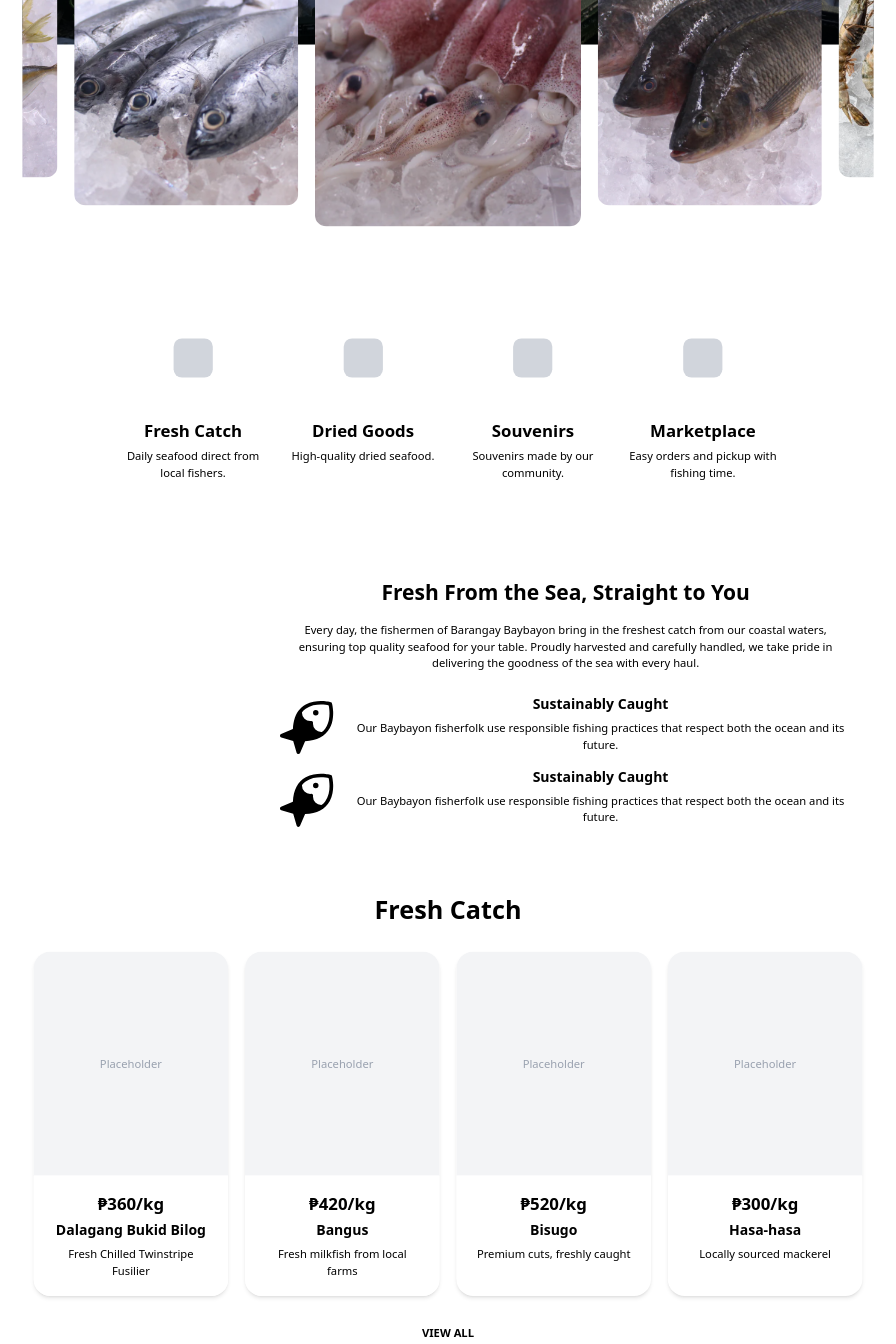
Repository: Coast2Card/coast2cart-frontend
Page: /
An editor plug-in stored every save of this project. The page is shown before and after the next save, followed by the edit.
The browser window is 1280 px wide. The pictures show the part of the page from y = 788 to 2708 px (the page is 2893 px tall), at 70% of full size.
The project was rebuilt for these pictures with package versions that can differ from the ones it lists, and the page was loaded fresh each time. Also part of the build but not shown: vite.config.js, src/pages/Seafood.jsx, src/pages/Souvenirs.jsx, src/pages/About.jsx, src/pages/Cart.jsx, src/pages/Profile.jsx, src/pages/Colors.jsx.

Above is the page before, as saved 2025-09-07 15:50:06.

### index.html
<!DOCTYPE html>
<html lang="en" data-theme="coast2cart">
  <head>
    <meta charset="UTF-8" />
    <!-- <link rel="icon" type="image/svg+xml" href="/vite.svg" /> -->
    <meta name="viewport" content="width=device-width, initial-scale=1.0" />
    <title>Coast2Cart</title>
  </head>
  <body>
    <div id="root"></div>
    <script type="module" src="/src/main.jsx"></script>
  </body>
</html>

### src/App.jsx
import { Routes, Route } from "react-router-dom";
import Layout from "./components/Layout";
import Home from "./pages/Home";
import Seafood from "./pages/Seafood";
import Souvenirs from "./pages/Souvenirs";
import About from "./pages/About";
import Cart from "./pages/Cart";
import Profile from "./pages/Profile";
import Colors from "./pages/Colors";
import "./App.css";

function App() {
  return (
    <Routes>
      {/* Routes with shared layout */}
      <Route path="/" element={<Layout />}>
        <Route index element={<Home />} />
        <Route path="seafood" element={<Seafood />} />
        <Route path="souvenirs" element={<Souvenirs />} />
        <Route path="about" element={<About />} />
        <Route path="cart" element={<Cart />} />
        <Route path="profile" element={<Profile />} />
        <Route path="colors" element={<Colors />} />
      </Route>
    </Routes>
  );
}

export default App;

### src/components/Layout.jsx
import { Outlet } from "react-router-dom";
import Navbar from "./Navbar";

const Layout = () => {
  return (
    <div className="min-h-screen bg-base-200">
      {/* Navigation Header */}
      <Navbar />

      {/* Main Content */}
      <main className=" mx-auto  ">
        <Outlet />
      </main>

      {/* Footer */}
      <footer className="bg-base-100 border-t border-base-300 mt-auto">
        <div className="max-w-7xl mx-auto py-4 px-4 sm:px-6 lg:px-8">
          <p className="text-center text-base-content/70 text-sm">
            © 2024 Coast2Cart. All rights reserved.
          </p>
        </div>
      </footer>
    </div>
  );
};

export default Layout;

### src/pages/Home.jsx
import homeBanner from "../assets/images/home_banner.jpg";
import baybayonLogo from "../assets/logos/c2c_white_transparent.png";
import fish1 from "../assets/images/home_fish1.png";
import fish2 from "../assets/images/home_fish2.png";
import fish3 from "../assets/images/home_fish3.png";
import fish4 from "../assets/images/home_fish4.png";
import fish5 from "../assets/images/home_fish5.png";
import HomeFeatures from "../components/home/HomeFeatures";
import HomeFreshCatch from "../components/home/HomeFreshCatch";
import HomeGallery from "../components/home/HomeGallery";
const Home = () => {
  return (
    <main className="relative overflow-x-hidden">
      {/* Home Banner */}
      <section className="w-full h-[70vh] md:h-185 relative">
        <img
          src={homeBanner}
          alt="Home Banner"
          className="w-full h-full object-cover relative z-4"
          onError={(e) => {
            console.log("Image failed to load:", homeBanner);
            e.target.style.display = "none";
          }}
          onLoad={() => console.log("Image loaded successfully:", homeBanner)}
        />

        <div className="absolute inset-0 bg-black opacity-60 z-10"></div>

        <div className="absolute inset-0 z-20 flex items-start py-20 justify-center">
          <div className="text-center text-white">
            <h1 className="text-xl sm:text-2xl lg:text-3xl font-extrabold font-display mb-[-30px] sm:mb-[-30px] md:mb-[-35px] lg:mb-[-47px]">
              Sea the best of Baybayon, from
            </h1>
            <img
              className="w-6/8 sm:w-5/8 md:4/8 lg:3/8 max-w-270 h-auto mx-auto "
              src={baybayonLogo}
            />
            <button className="mt-[-10px] bg-secondary text-primary uppercase px-6 py-2 rounded-full text-md sm:text-lg font-semibold hover:bg-secondary/90 transition-colors">
              Shop Now
            </button>
          </div>
        </div>
      </section>
      <section className=" relative overflow-hidden w-[140vw] flex items-center justify-center gap-6 mb-25   z-30 -mt-61 sm:-mt-60 left-1/2 -translate-x-1/2">
        <img
          src={fish1}
          alt="Fish 1"
          className="min-w-60 sm:w-65 h-90 object-cover rounded-2xl"
        />
        <img
          src={fish2}
          alt="Fish 2"
          className="min-w-65 h-85 sm:w-80 sm:h-110 object-cover rounded-2xl"
        />
        <img
          src={fish3}
          alt="Fish 3"
          className="min-w-75 h-115 sm:w-95 sm:h-125 object-cover rounded-2xl"
        />
        <img
          src={fish4}
          alt="Fish 4"
          className="min-w-65 h-90 sm:w-80 sm:h-110 object-cover rounded-2xl"
        />
        <img
          src={fish5}
          alt="Fish 5"
          className="min-w-60 sm:w-65 h-90 object-cover rounded-2xl"
        />
      </section>
      <section className="max-w-8xl mx-auto p-4 flex flex-col">
        <HomeFeatures className="mb-25" />
        <HomeGallery />
        <HomeFreshCatch />
      </section>
    </main>
  );
};

export default Home;

### src/components/Navbar.jsx
import { Link, useLocation } from "react-router-dom";
import { useState } from "react";
import { navLinks } from "../data/navigation";
import c2cLogo from "../assets/logos/c2c_transparent.png";
import searchIcon from "../assets/icons/search.png";
import cartIcon from "../assets/icons/cart.png";
import profileIcon from "../assets/icons/profile.png";
import commentIcon from "../assets/icons/comment.png";
const Navbar = () => {
  const location = useLocation();
  const [isMobileMenuOpen, setIsMobileMenuOpen] = useState(false);

  const isActive = (path) => {
    return location.pathname === path;
  };

  const toggleMobileMenu = () => {
    setIsMobileMenuOpen(!isMobileMenuOpen);
  };

  const closeMobileMenu = () => {
    setIsMobileMenuOpen(false);
  };

  return (
    <nav className="bg-base-300 shadow-lg py-2 sticky top-0 z-50">
      <div className="mx-auto px-6 sm:px-6 lg:px-8">
        <div className="flex justify-between h-16">
          <div className="flex items-center">
            <Link to="/" className="flex-shrink-0">
              <img src={c2cLogo} alt="Coast2Cart" className="h-17" />
            </Link>
          </div>

          {/* Desktop Navigation */}
          <div className="hidden md:flex items-center space-x-8">
            {navLinks.map((link) => (
              <Link
                key={link.path}
                to={link.path}
                className={`px-3 py-2 rounded-md text-md font-bold transition-colors ${
                  isActive(link.path)
                    ? " text-accent after:content-[''] after:block after:w-full after:h-0.5 after:bg-accent after:rounded-full"
                    : "text-black hover:text-primary hover:bg-base-200"
                }`}
              >
                {link.label}
              </Link>
            ))}
          </div>

          {/* Desktop Icons - Hidden on mobile */}
          <div className="hidden md:flex items-center gap-4 lg:gap-6">
            <img
              src={searchIcon}
              alt="Search"
              className="h-5 w-5 lg:h-5.5 lg:w-5.5 hover:cursor-pointer hover:opacity-60 transition-opacity duration-300"
            />
            <img
              src={commentIcon}
              alt="Comment"
              className="h-5 w-5 lg:h-5.5 lg:w-5.5 hover:cursor-pointer hover:opacity-60 transition-opacity duration-300"
            />
            <img
              src={cartIcon}
              alt="Cart"
              className="h-5 w-5 lg:h-5.5 lg:w-5.5 hover:cursor-pointer hover:opacity-60 transition-opacity duration-300"
            />
            <img
              src={profileIcon}
              alt="Profile"
              className="h-5 w-5 lg:h-5.5 lg:w-5.5 hover:cursor-pointer hover:opacity-60 transition-opacity duration-300"
            />
          </div>

          {/* Mobile menu button */}
          <div className="md:hidden flex items-center">
            <button
              onClick={toggleMobileMenu}
              className="inline-flex items-center justify-center p-2 rounded-md text-base-content hover:text-primary hover:bg-base-200 focus:outline-none focus:ring-2 focus:ring-inset focus:ring-primary"
              aria-expanded="false"
            >
              <span className="sr-only">Open main menu</span>
              {!isMobileMenuOpen ? (
                <svg
                  className="block h-6 w-6"
                  xmlns="http://www.w3.org/2000/svg"
                  fill="none"
                  viewBox="0 0 24 24"
                  stroke="currentColor"
                  aria-hidden="true"
                >
                  <path
                    strokeLinecap="round"
                    strokeLinejoin="round"
                    strokeWidth="2"
                    d="M4 6h16M4 12h16M4 18h16"
                  />
                </svg>
              ) : (
                <svg
                  className="block h-6 w-6"
                  xmlns="http://www.w3.org/2000/svg"
                  fill="none"
                  viewBox="0 0 24 24"
                  stroke="currentColor"
                  aria-hidden="true"
                >
                  <path
                    strokeLinecap="round"
                    strokeLinejoin="round"
                    strokeWidth="2"
                    d="M6 18L18 6M6 6l12 12"
                  />
                </svg>
              )}
            </button>
          </div>
        </div>
      </div>

      {/* Mobile Navigation Menu */}
      <div className={`md:hidden ${isMobileMenuOpen ? "block" : "hidden"}`}>
        <div className="px-2 pt-2 pb-3 space-y-1 sm:px-3 bg-base-100 border-t border-base-300">
          {navLinks.map((link) => (
            <Link
              key={link.path}
              to={link.path}
              onClick={closeMobileMenu}
              className={`block px-3 py-2 rounded-md text-base font-medium transition-colors ${
                isActive(link.path)
                  ? "bg-primary text-primary-content"
                  : "text-base-content hover:text-primary hover:bg-base-200"
              }`}
            >
              {link.label}
            </Link>
          ))}

          {/* Mobile Icons */}
          <div className="flex items-center justify-center gap-6 pt-4 border-t border-base-300 mt-4">
            <img
              src={searchIcon}
              alt="Search"
              className="h-6 w-6 hover:cursor-pointer hover:opacity-60 transition-opacity duration-300"
            />
            <img
              src={commentIcon}
              alt="Comment"
              className="h-6 w-6 hover:cursor-pointer hover:opacity-60 transition-opacity duration-300"
            />
            <img
              src={cartIcon}
              alt="Cart"
              className="h-6 w-6 hover:cursor-pointer hover:opacity-60 transition-opacity duration-300"
            />
            <img
              src={profileIcon}
              alt="Profile"
              className="h-6 w-6 hover:cursor-pointer hover:opacity-60 transition-opacity duration-300"
            />
          </div>
        </div>
      </div>
    </nav>
  );
};

export default Navbar;

### src/components/home/HomeFeatures.jsx
import cartIcon from "../../assets/icons/cart.png";
import commentIcon from "../../assets/icons/comment.png";
import profileIcon from "../../assets/icons/profile.png";
import searchIcon from "../../assets/icons/search.png";

const features = [
  {
    icon: cartIcon,
    title: "Fresh Catch",
    description: "Daily seafood direct from local fishers.",
  },
  {
    icon: searchIcon,
    title: "Dried Goods",
    description: "High-quality dried seafood.",
  },
  {
    icon: commentIcon,
    title: "Souvenirs",
    description: "Souvenirs made by our community.",
  },
  {
    icon: profileIcon,
    title: "Marketplace",
    description: "Easy orders and pickup with fishing time.",
  },
];

const HomeFeatures = ({ className = "" }) => {
  return (
    <article className={` mx-auto w-full ${className}`}>
      <section className="grid grid-cols-1 sm:grid-cols-2 space-y-6 lg:grid-cols-4 gap-6 sm:w-[95%] lg:w-[90%] xl:w-[80%] mx-auto">
        {features.map((item, index) => (
          <div
            key={index}
            className="flex flex-col items-center justify-start gap-2"
          >
            <div className="bg-accent mb-2 p-11 sm:p-11 flex justify-center items-center rounded-full">
              <div className="bg-gray-300 rounded-xl p-1 h-14 w-14"></div>
            </div>
            <h3 className="text-2xl font-bold text-primary">{item.title}</h3>
            <h3 className="text-md text-center">{item.description}</h3>
          </div>
        ))}
      </section>
    </article>
  );
};

export default HomeFeatures;

### src/components/home/HomeFreshCatch.jsx
const freshCatchItems = [
  {
    id: 1,
    price: "₱360/kg",
    name: "Dalagang Bukid Bilog",
    description: "Fresh Chilled Twinstripe Fusilier",
    image: null,
  },
  {
    id: 2,
    price: "₱420/kg",
    name: "Bangus",
    description: "Fresh milkfish from local farms",
    image: null,
  },
  {
    id: 3,
    price: "₱520/kg",
    name: "Bisugo",
    description: "Premium cuts, freshly caught",
    image: null,
  },
  {
    id: 4,
    price: "₱300/kg",
    name: "Hasa-hasa",
    description: "Locally sourced mackerel",
    image: null,
  },
];

const HomeFreshCatch = ({ className = "" }) => {
  return (
    <div className={`flex flex-col text-center ${className}`}>
      <h1 className="text-4xl font-bold text-accent mb-10">Fresh Catch</h1>
      <section className="grid grid-cols-1 sm:grid-cols-2 xl:grid-cols-4  gap-6 mb-8">
        {freshCatchItems.map((item) => (
          <div
            key={item.id}
            className="flex flex-col shadow-md overflow-hidden rounded-3xl"
          >
            <div className="bg-gray-100 h-80 flex items-center justify-center text-gray-400">
              Placeholder
            </div>
            <div className="bg-white p-6  flex flex-col gap-2 text-center items-center justify-center">
              <h3 className="text-success text-2xl font-bold">{item.price}</h3>
              <h3 className="text-black font-bold text-xl">{item.name}</h3>
              <p className="text-md">{item.description}</p>
            </div>
          </div>
        ))}
      </section>
      <div className="mb-20">
        <button className="bg-secondary text-primary uppercase px-6 py-2 rounded-full text-md font-semibold hover:bg-secondary/90 transition-colors">
          View All
        </button>
      </div>
    </div>
  );
};

export default HomeFreshCatch;

### src/components/home/HomeGallery.jsx
import React from "react";
import homeGallery1 from "../../assets/images/home_gallery1.png";
import FishIcon from "../icons/FishIcon";
const HomeGallery = () => {
  return (
    <div className="w-full flex gap-4 mb-20  ">
      <div className="flex-1 min-w-80 w-full h-[100%] bg-blue-200 "></div>
      <div className=" flex flex-col min-w-20  p-4 gap-4 justify-center">
        <h2 className="font-bold text-3xl text-primary mb-2">
          Fresh From the Sea, Straight to You
        </h2>
        <p className="text-md mb-4">
          Every day, the fishermen of Barangay Baybayon bring in the freshest
          catch from our coastal waters, ensuring top quality seafood for your
          table. Proudly harvested and carefully handled, we take pride in
          delivering the goodness of the sea with every haul.
        </p>
        <div className="flex items-start gap-4 text-primary">
          <div className="h-22 w-22 font-bold pt-0.5">
            <FishIcon />
          </div>
          <div className="flex flex-col">
            <h3 className="font-bold text-xl mb-2">Sustainably Caught</h3>
            <p className="text-black">
              Our Baybayon fisherfolk use responsible fishing practices that
              respect both the ocean and its future.
            </p>
          </div>
        </div>
        <div className="flex items-start gap-4 text-primary">
          <div className="h-22 w-22 font-bold pt-0.5">
            <FishIcon />
          </div>
          <div className="flex flex-col">
            <h3 className="font-bold text-xl mb-2">Sustainably Caught</h3>
            <p className="text-black">
              Our Baybayon fisherfolk use responsible fishing practices that
              respect both the ocean and its future.
            </p>
          </div>
        </div>
      </div>
    </div>
  );
};

export default HomeGallery;

### src/data/navigation.js
// Navigation links data
export const navLinks = [
  { path: "/", label: "Home" },
  { path: "/seafood", label: "Seafood" },
  { path: "/souvenirs", label: "Souvenirs" },
  { path: "/about", label: "About" },
  // { path: "/cart", label: "Cart" },
  // { path: "/profile", label: "Profile" },
  // { path: "/colors", label: "Colors" },
];

### src/components/icons/FishIcon.jsx
import React from "react";

const FishIcon = () => {
  return (
    <div>
      <svg
        xmlns="http://www.w3.org/2000/svg"
        viewBox="0 0 256 256"
        className="text-primary fill-primary"
      >
        <rect width="256" height="256" fill="none" />
        <path d="M168,76a12,12,0,1,1-12-12A12,12,0,0,1,168,76Zm48.72,67.64c-19.37,34.9-55.44,53.76-107.24,56.1l-22,51.41A8,8,0,0,1,80.1,256l-.51,0a8,8,0,0,1-7.19-5.78L57.6,198.39,5.8,183.56a8,8,0,0,1-1-15.05l51.41-22c2.35-51.78,21.21-87.84,56.09-107.22,24.75-13.74,52.74-15.84,71.88-15.18,18.64.64,36,4.27,38.86,6a8,8,0,0,1,2.83,2.83c1.69,2.85,5.33,20.21,6,38.85C232.55,90.89,230.46,118.89,216.72,143.64Zm-4.3-100.07c-14.15-3-64.1-11-100.3,14.75a81.21,81.21,0,0,0-16,15.07,36,36,0,0,0,39.35,38.44,8,8,0,0,1,8.73,8.73,36,36,0,0,0,38.47,39.34,80.81,80.81,0,0,0,15-16C223.42,107.73,215.42,57.74,212.42,43.57Z" />
      </svg>
    </div>
  );
};

export default FishIcon;

Loaded but not shown: src/main.jsx (common file); src/index.css (common file); src/App.css (common file)

After the next save:
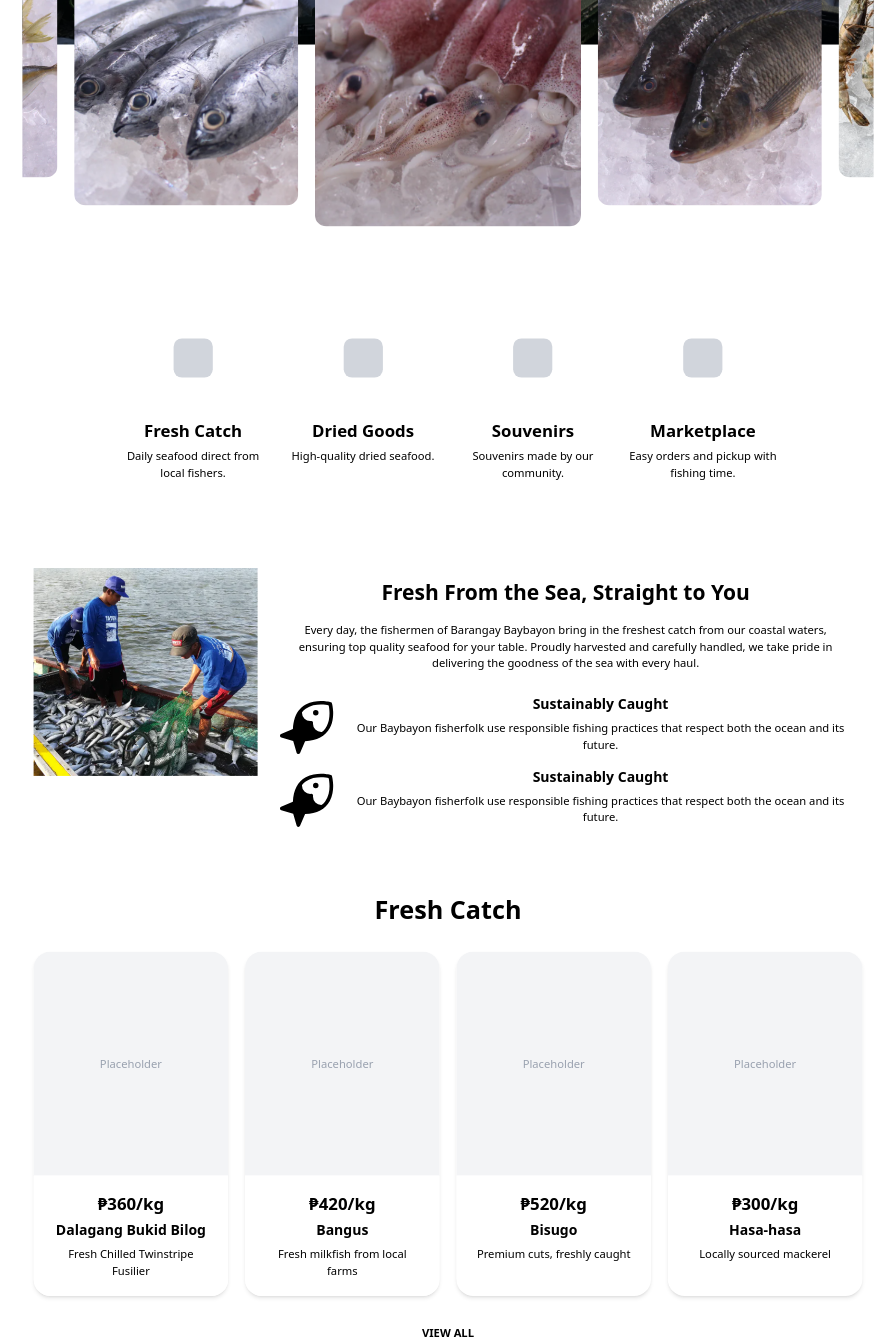
Saved 5 s later.
--- a/src/components/home/HomeGallery.jsx
+++ b/src/components/home/HomeGallery.jsx
@@ -4,7 +4,9 @@ import FishIcon from "../icons/FishIcon";
 const HomeGallery = () => {
   return (
     <div className="w-full flex gap-4 mb-20  ">
-      <div className="flex-1 min-w-80 w-full h-[100%] bg-blue-200 "></div>
+      <div className="flex-1 min-w-80 w-full h-[100%] bg-blue-100 ">
+        <img src={homeGallery1} className="  " />
+      </div>
       <div className=" flex flex-col min-w-20  p-4 gap-4 justify-center">
         <h2 className="font-bold text-3xl text-primary mb-2">
           Fresh From the Sea, Straight to You
